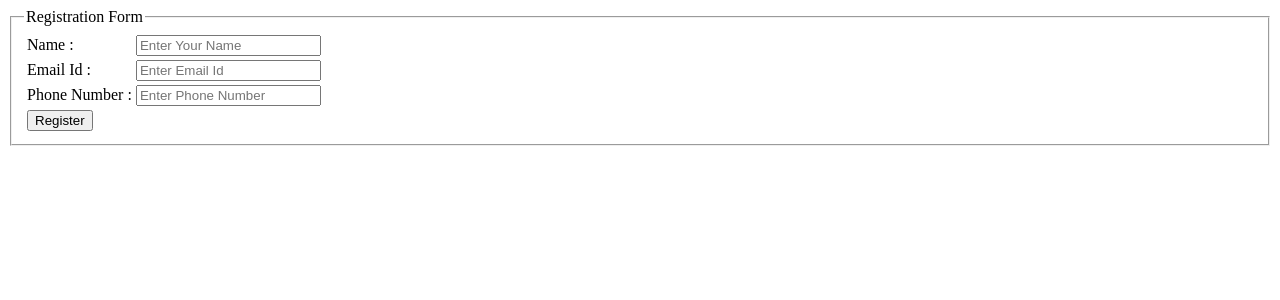
Repository: IshaanIJK/CdacProject
Page: eclipse-parking_mgmt/ParkingManagement/src/main/resources/static/index.html
An editor plug-in stored every save of this project. The page is shown before and after the next save, followed by the edit.
The browser window is 1280 px wide. The pictures show the whole page.

Above is the page before, as saved 2023-02-24 10:25:39.

### eclipse-parking_mgmt/ParkingManagement/src/main/resources/static/index.html
<!DOCTYPE html>
<html lang="en">

<head>
    <meta charset="UTF-8">
    <meta http-equiv="X-UA-Compatible" content="IE=edge">
    <meta name="viewport" content="width=device-width, initial-scale=1.0">
    <title>Parking Management System</title>
</head>

<body>
    <fieldset>
        <legend>Registration Form</legend>
        <form action="home.html" method="post">
            <table>
                <tr>
                    <td>
                        Name :
                    </td>
                    <td>
                        <input type="text" required placeholder="Enter Your Name" name="Name">
                    </td>
                </tr>

                <tr>
                    <td>
                        Email Id :
                    </td>
                    <td>
                        <input type="email" required placeholder="Enter Email Id" name="EmailId">
                    </td>
                </tr>

                <tr>
                    <td>
                        Phone Number :
                    </td>
                    <td>
                        <input type="text" required placeholder="Enter Phone Number" pattern="[0-9]{10}" maxlength="10"
                            title="Please enter a valid Phone Number" name="MobileNo">
                    </td>
                </tr>

                <!-- <tr>
                    <td>
                        Vehicle Number :
                    </td>
                    <td>
                        <input type="text" required placeholder="Enter Vehicle Number" pattern="[A-Z]{2}[0-9]{2}[A-Z]{2}[0-9]{4}" maxlength="10"
                        title="Please Enter a valid Vehicle Number" name="vehicleno">
                    </td>
                </tr> -->

                <tr>
                    <td>
                        <input type="submit" value="Register">
                    </td>
                </tr>
            </table>
        </form>
    </fieldset>

</body>

</html>

After the next save:
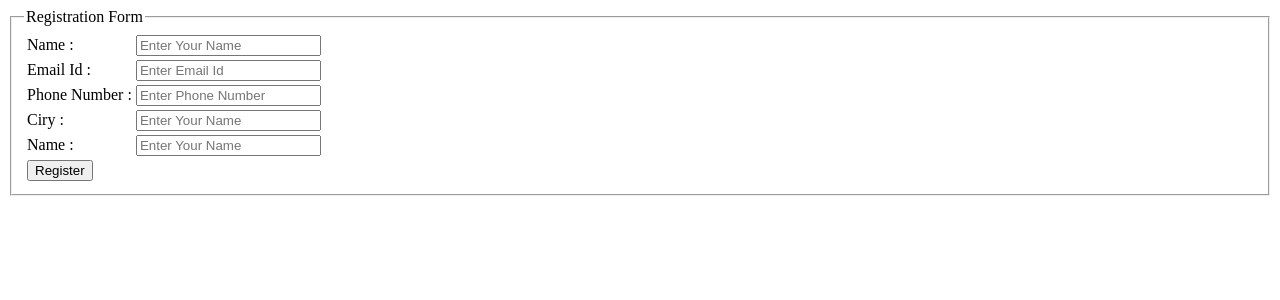
Saved 20 s later.
--- a/eclipse-parking_mgmt/ParkingManagement/src/main/resources/static/index.html
+++ b/eclipse-parking_mgmt/ParkingManagement/src/main/resources/static/index.html
@@ -41,6 +41,24 @@
                     </td>
                 </tr>
 
+                <tr>
+                    <td>
+                        Ciry :
+                    </td>
+                    <td>
+                        <input type="text" required placeholder="Enter Your Name" name="Name">
+                    </td>
+                </tr>
+
+                <tr>
+                    <td>
+                        Name :
+                    </td>
+                    <td>
+                        <input type="text" required placeholder="Enter Your Name" name="Name">
+                    </td>
+                </tr>
+
                 <!-- <tr>
                     <td>
                         Vehicle Number :
